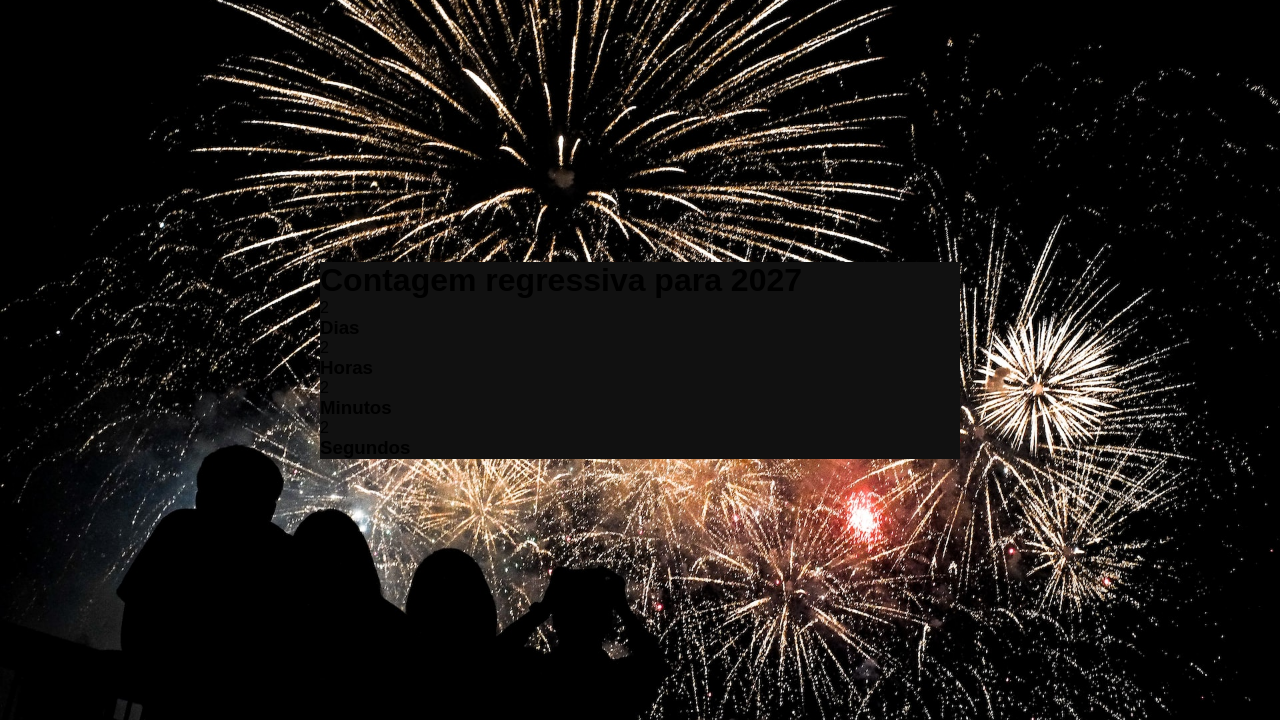
Repository: Bitroia/countdown_timer
Page: / (app in countdown/)
The author's editor kept a copy of each file at every save. The page is drawn from the files as they stood at one save, then again after a run of saves.
The browser window is 1280 px wide. The pictures show the whole page.
The project was rebuilt for these pictures with package versions that can differ from the ones it lists, and the page was loaded fresh each time. Also part of the build but not shown: countdown/vite.config.js.

Above is the page before, as saved 2026-07-07 19:04:59.

After the next 7 saves:
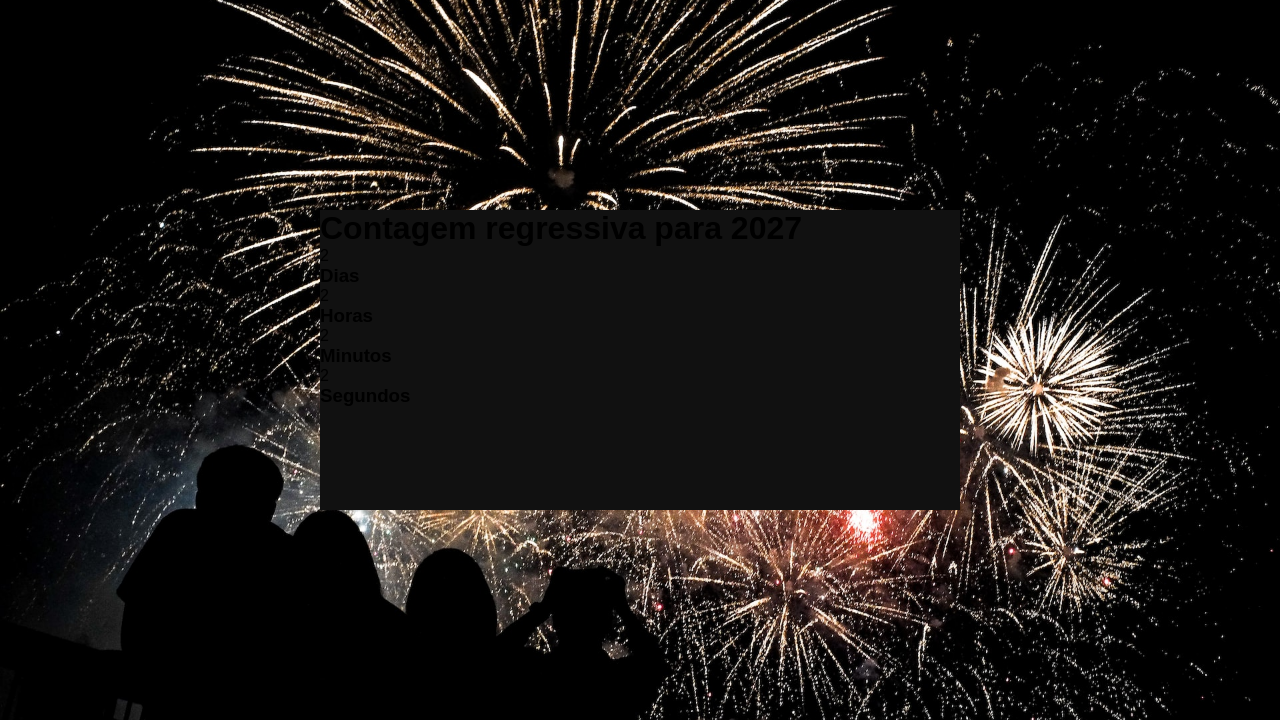
The 7 saves are shown as one change because they came seconds apart.
The last was saved 15 s later.
--- a/countdown/src/App.css
+++ b/countdown/src/App.css
@@ -8,5 +8,7 @@
 }
 
 .container{
-    min-width: 50%
+    min-width: 50%;
+    min-height: 300px;
+    background-color: rgba(, green, blue, alpha);
 }
